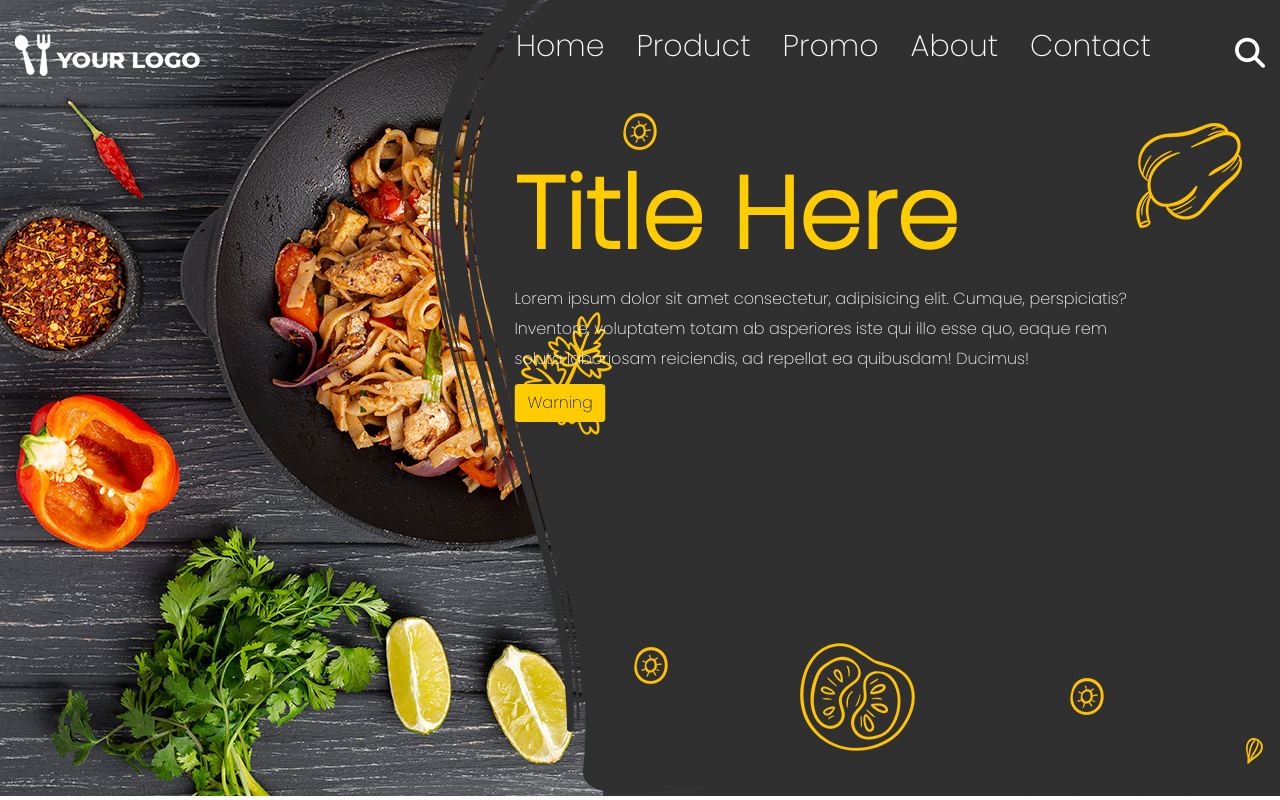
Repository: iphoneboy46/templateRestaurent
Page: index.html
The author's editor kept a copy of each file at every save. The page is drawn from the files as they stood at one save, then again after the next save.
The browser window is 1280 px wide. The pictures show the whole page.

Above is the page before, as saved 2022-10-12 14:58:09.

### index.html
<!DOCTYPE html>
<html lang="en">

<head>
    <meta charset="UTF-8">
    <meta http-equiv="X-UA-Compatible" content="IE=edge">
    <meta name="viewport" content="width=device-width, initial-scale=1.0">
    <link rel="stylesheet" href="https://cdn.jsdelivr.net/npm/bootstrap@4.3.1/dist/css/bootstrap.min.css"
        integrity="sha384-ggOyR0iXCbMQv3Xipma34MD+dH/1fQ784/j6cY/iJTQUOhcWr7x9JvoRxT2MZw1T" crossorigin="anonymous">
    <script src="https://code.jquery.com/jquery-3.3.1.slim.min.js"
        integrity="sha384-q8i/X+965DzO0rT7abK41JStQIAqVgRVzpbzo5smXKp4YfRvH+8abtTE1Pi6jizo"
        crossorigin="anonymous"></script>
    <script src="https://cdn.jsdelivr.net/npm/popper.js@1.14.7/dist/umd/popper.min.js"
        integrity="sha384-UO2eT0CpHqdSJQ6hJty5KVphtPhzWj9WO1clHTMGa3JDZwrnQq4sF86dIHNDz0W1"
        crossorigin="anonymous"></script>
    <script src="https://cdn.jsdelivr.net/npm/bootstrap@4.3.1/dist/js/bootstrap.min.js"
        integrity="sha384-JjSmVgyd0p3pXB1rRibZUAYoIIy6OrQ6VrjIEaFf/nJGzIxFDsf4x0xIM+B07jRM"
        crossorigin="anonymous"></script>
    <link rel="stylesheet" href="https://cdnjs.cloudflare.com/ajax/libs/font-awesome/6.2.0/css/all.min.css"
        integrity="sha512-xh6O/CkQoPOWDdYTDqeRdPCVd1SpvCA9XXcUnZS2FmJNp1coAFzvtCN9BmamE+4aHK8yyUHUSCcJHgXloTyT2A=="
        crossorigin="anonymous" referrerpolicy="no-referrer" />
    <link rel="stylesheet" href="style.css">
    <title>Document</title>
</head>

<body>
    <header class="header container-fluid">
        <nav class="menu__list pt-3">
           <div class="logo">
                <a class="navbar-brand">
                    <img src="images/logo.png" alt="">
                </a>
           </div>
            <ul class="menu__items">
                <li class="nav-item">
                    <a class="nav-link text-white" href="#">Home</a>
                </li>
                <li class="nav-item">
                    <a class="nav-link text-white" href="#">Product</a>
                </li>
                <li class="nav-item">
                    <a class="nav-link text-white" href="#">Promo</a>
                </li>
                <li class="nav-item">
                    <a class="nav-link text-white" href="#">About</a>
                </li>
                <li class="nav-item">
                    <a class="nav-link text-white" href="#">Contact</a>
                </li>
            </ul>
            <div class="item--search">
                <i class="fa-solid fa-magnifying-glass"></i>
            </div>
        </nav>
        <div class="header__content">
            <h1>Title Here</h1>
            <p>Lorem ipsum dolor sit amet consectetur, adipisicing elit. Cumque, perspiciatis? Inventore, voluptatem totam ab asperiores iste qui illo esse quo, eaque rem soluta laboriosam reiciendis, ad repellat ea quibusdam! Ducimus!</p>
            <button type="button" class="btn">Warning</button>
        </div>
    </header>
</body>

</html>

### style.css
@import url('https://fonts.googleapis.com/css2?family=Poppins:wght@200&display=swap');
* {
    padding: 0;
    margin: 0;
    box-sizing: border-box;
    font-family: 'Poppins', sans-serif;
    text-decoration: none;
    list-style: none;
}

.logo{
    width: 30%;
}

.header{
    background-image: url(images/header.png);
    width: 100%;
    height:800px;
    background-repeat: no-repeat;
    object-fit: cover;
    object-position: center;
}

.menu__list{
    display: flex;
    justify-content: space-between;
    align-items: center;
}

.menu__items{
    display: flex;
    justify-content: space-between;
    align-items: center;
    width: 50%;
}

.menu__items li a{
    font-size: 30px;
}


.item--search i{
    color: white;
    font-size: 30px;
}

.header__content{
    width: 635px;
    position: absolute;
    top: 40%;
    left: 65%;
    transform: translate(-50%,-50%)
}



.header__content h1{
    color: #ffcc00;
    font-size: 100px;
    font-weight: bold;
}

.header__content p{
    color:white;
    line-height:30px;
    margin-top: 10px;
    margin-bottom: 10px;
}

.header__content .btn{
    background-color: #ffcc00;
}

After the next save:
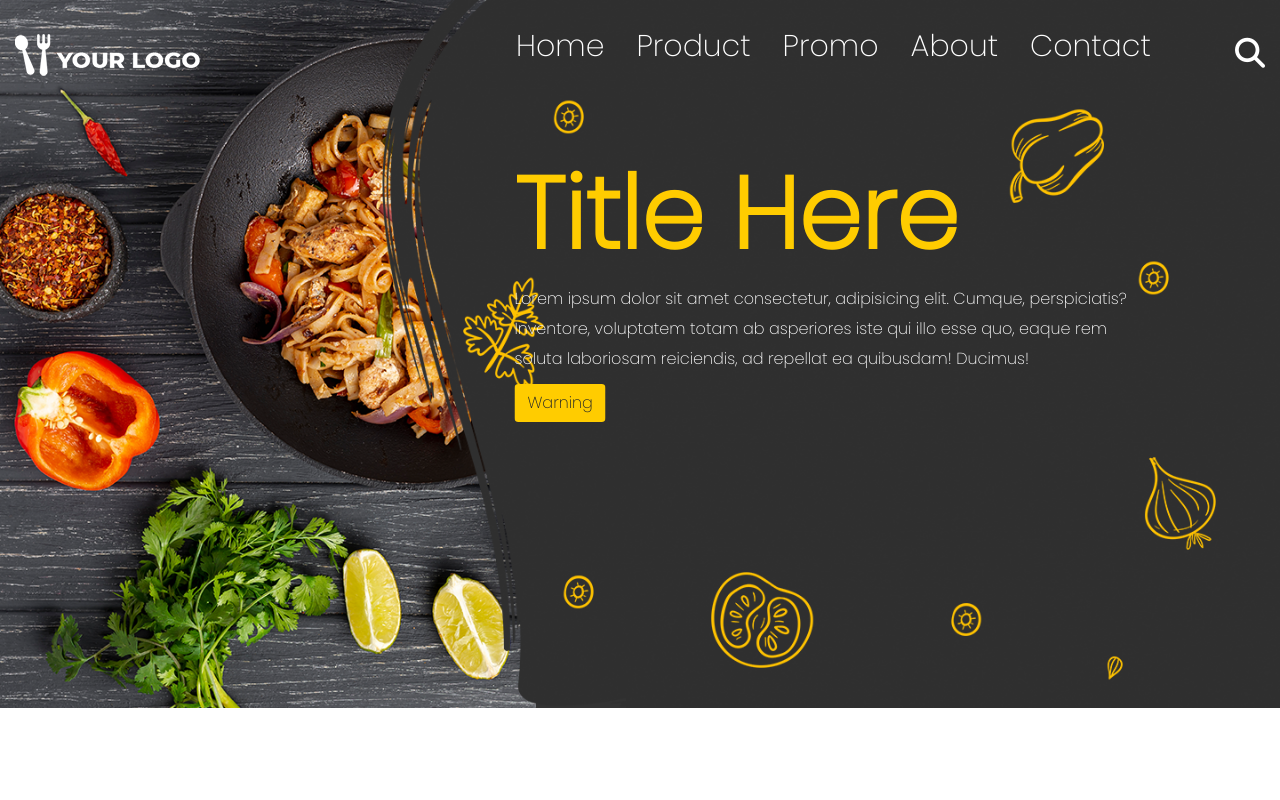
Saved 4 s later.
--- a/style.css
+++ b/style.css
@@ -16,9 +16,9 @@
     background-image: url(images/header.png);
     width: 100%;
     height:800px;
+    background-size: 100%;
     background-repeat: no-repeat;
     object-fit: cover;
-    object-position: center;
 }
 
 .menu__list{

After the 3 saves that followed:
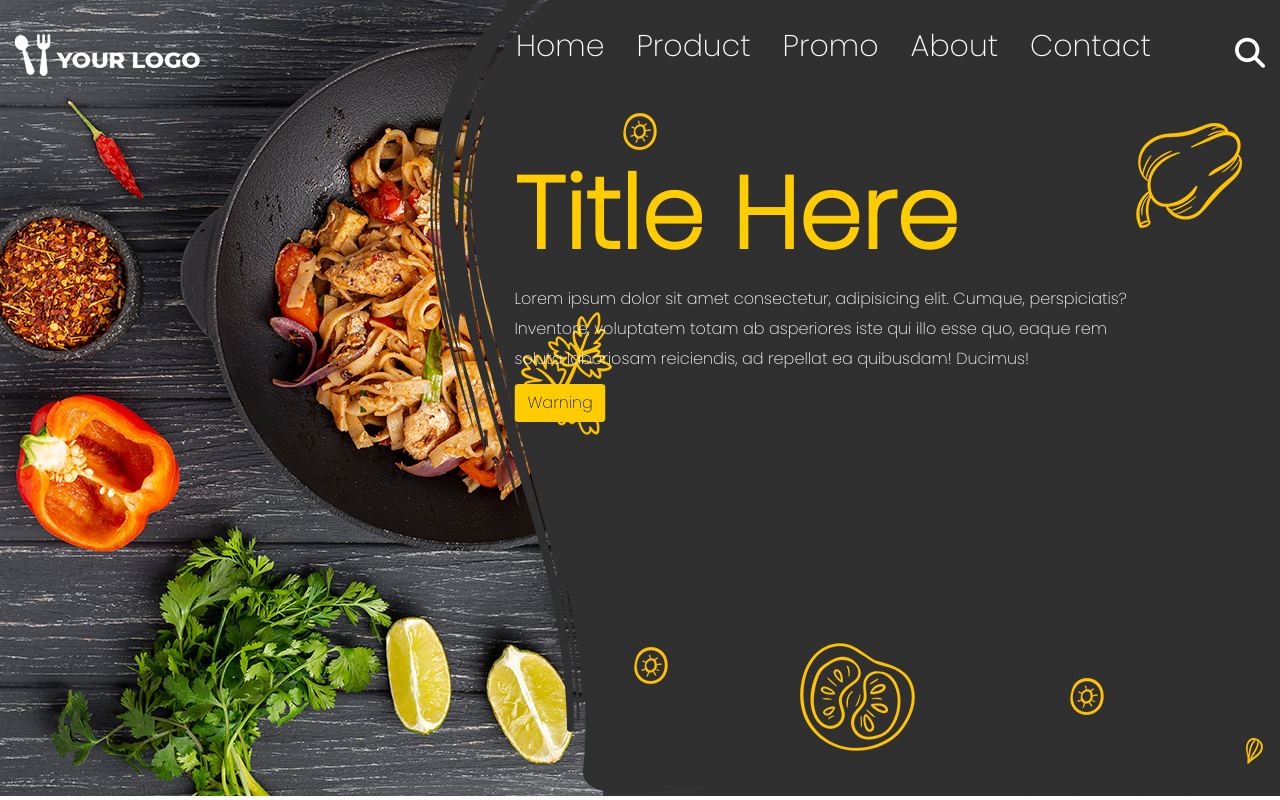
The 3 saves are shown as one change because 2 left the picture as it was.
The last was saved 2 min 44 s later.
--- a/style.css
+++ b/style.css
@@ -14,11 +14,11 @@
 
 .header{
     background-image: url(images/header.png);
-    width: 100%;
+    max-width: 100%;
     height:800px;
-    background-size: 100%;
+    background-size: auto;
     background-repeat: no-repeat;
-    object-fit: cover;
+    object-fit: fill;
 }
 
 .menu__list{
